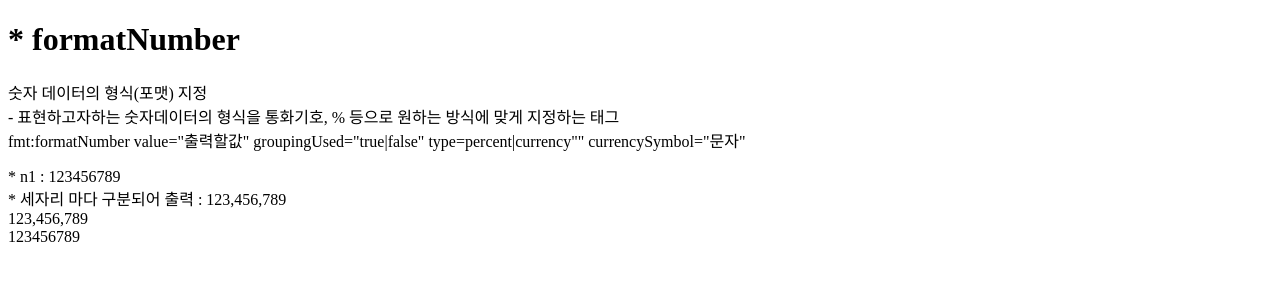
Repository: kkh1396/kh_front
Page: http://localhost/2_jsp/views/4_CustomAction/3_fmt.jsp
An editor plug-in stored every save of this project. The page is shown before and after the next save, followed by the edit.
The browser window is 1280 px wide. The pictures show the whole page.
The page is served by Tomcat 9. Nobody is signed in. The application's start-up code is not run.

Above is the page before, as saved 2025-03-21 06:44:20.

After the next save:
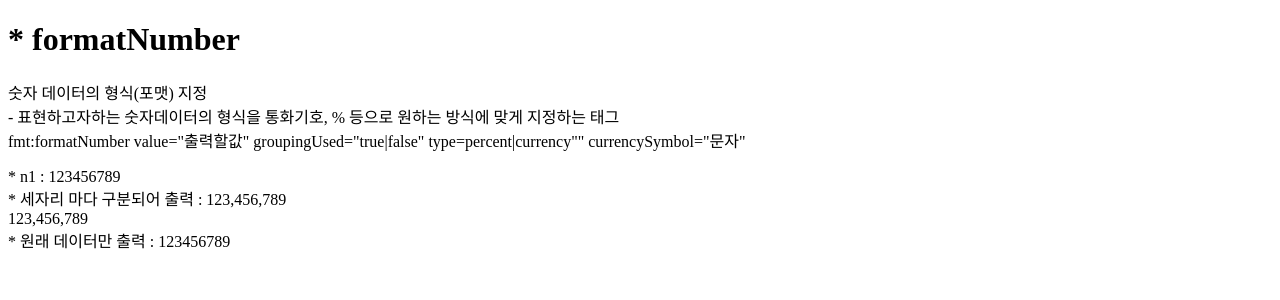
Saved 24 s later.
--- a/05_server/2_jsp/src/main/webapp/views/4_CustomAction/3_fmt.jsp
+++ b/05_server/2_jsp/src/main/webapp/views/4_CustomAction/3_fmt.jsp
@@ -29,7 +29,7 @@
 		* n1 : ${ n1 } <br>
 		* 세자리 마다 구분되어 출력 : <fmt:formatNumber value="${ n1 }"/> <br>
 		<fmt:formatNumber value="${ n1 }" groupingUsed="true" /> <br>
-		<fmt:formatNumber value="${ n1 }" groupingUsed="false" />
+		* 원래 데이터만 출력 :  <fmt:formatNumber value="${ n1 }" groupingUsed="false" />
 
 
 
